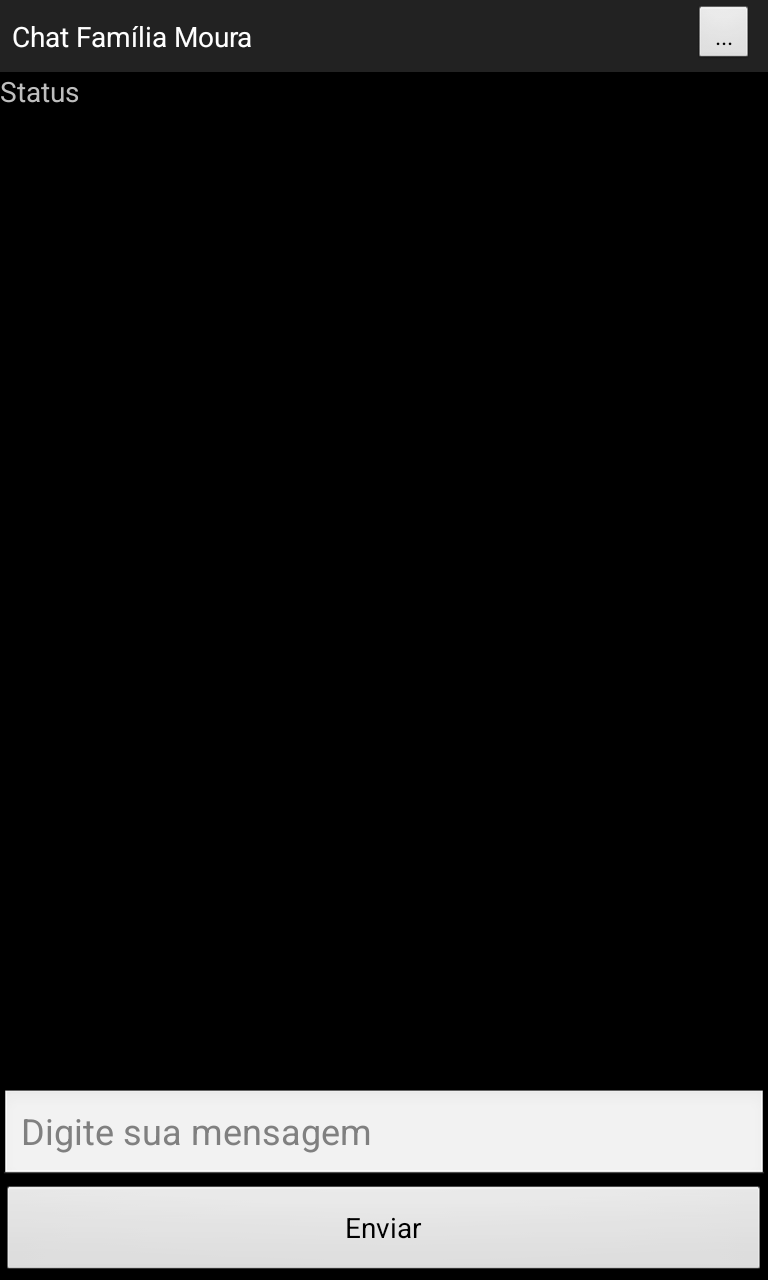
Repository: JoelmirMoura/AppMensagem
Layout: Mensagem/res/layout/main.xml
The author's editor kept a copy of each file at every save. The layout is drawn from the files as they stood at one save, then again after the next save.
It is drawn on a 768 x 1280 px phone screen (xhdpi) without system bars, with theme android:Theme; the app's code is not run.

Above is the layout before, as saved 2026-04-27 18:54:40.

After the next save:
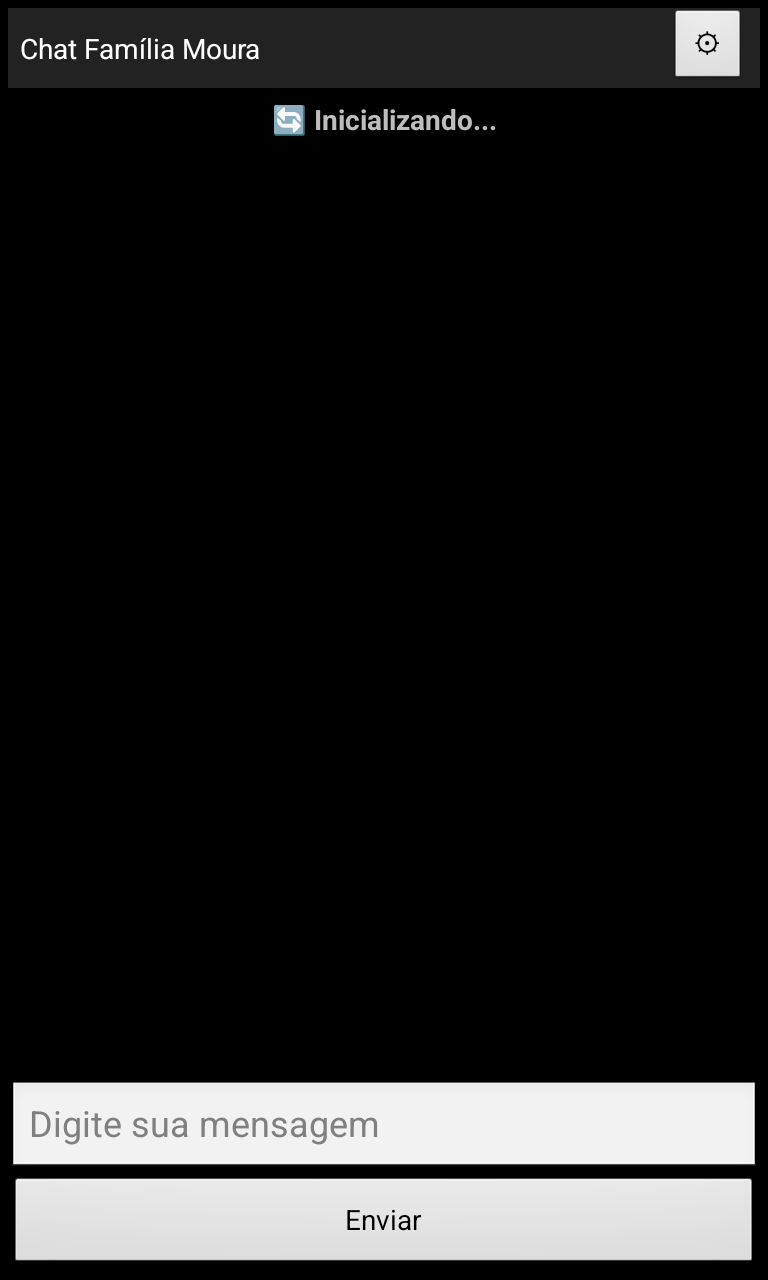
Saved 62 s later.
--- a/Mensagem/res/layout/main.xml
+++ b/Mensagem/res/layout/main.xml
@@ -1,53 +1,47 @@
 <LinearLayout xmlns:android="http://schemas.android.com/apk/res/android"
     android:orientation="vertical"
     android:layout_width="fill_parent"
-    android:layout_height="fill_parent">
+    android:layout_height="fill_parent"
+    android:padding="4dp">
 
-    <!-- 🔥 BARRA SUPERIOR -->
-  <LinearLayout
-    android:layout_width="fill_parent"
-    android:layout_height="36dp"
-    android:background="#222222"
-    android:orientation="horizontal"
-    android:paddingLeft="6dp"
-    android:paddingRight="6dp"
-    android:gravity="center_vertical">
+    <!-- BARRA SUPERIOR -->
+    <LinearLayout
+        android:layout_width="fill_parent"
+        android:layout_height="40dp"
+        android:background="#222222"
+        android:orientation="horizontal"
+        android:paddingLeft="6dp"
+        android:paddingRight="6dp"
+        android:gravity="center_vertical">
 
+        <TextView
+            android:id="@+id/txtTitulo"
+            android:layout_width="0dp"
+            android:layout_weight="1"
+            android:layout_height="wrap_content"
+            android:text="Chat Família Moura"
+            android:textColor="#FFFFFF"
+            android:textSize="14sp"
+            android:singleLine="true" />
+
+        <Button
+            android:id="@+id/btnConfig"
+            android:layout_width="40dp"
+            android:layout_height="40dp"
+            android:text="⚙"
+            android:textSize="14sp" />
+
+    </LinearLayout>
+
+    <!-- STATUS -->
     <TextView
-        android:id="@+id/txtTitulo"
-        android:layout_width="0dp"
-        android:layout_weight="1"
-        android:layout_height="wrap_content"
-        android:text="Chat Família Moura"
-        android:textColor="#FFFFFF"
-        android:textSize="14sp"
-        android:singleLine="true" />
-
-
-
-    <Button
-        android:id="@+id/btnConfig"
-        android:layout_width="32dp"
-        android:layout_height="32dp"
-        android:text="..."
-        android:textSize="12sp"
-        android:padding="0dp" />
-
-</LinearLayout>
-
-    <!-- BOTÃO SERVIDOR
-    <Button
-        android:id="@+id/btnServidor"
+        android:id="@+id/txtStatus"
         android:layout_width="fill_parent"
         android:layout_height="wrap_content"
-        android:text="Iniciar Serviço" />-->
-
-    <!-- STATUS -->
-     <TextView
-    android:id="@+id/txtStatus"
-    android:layout_width="wrap_content"
-    android:layout_height="wrap_content"
-    android:text="Status"/>
+        android:text="🔄 Inicializando..."
+        android:gravity="center"
+        android:padding="6dp"
+        android:textStyle="bold" />
 
     <!-- CHAT -->
     <ScrollView
@@ -64,7 +58,7 @@
             android:padding="10dp"/>
     </ScrollView>
 
-    <!-- DIGITAR -->
+    <!-- INPUT -->
     <EditText
         android:id="@+id/editMensagem"
         android:layout_width="fill_parent"
